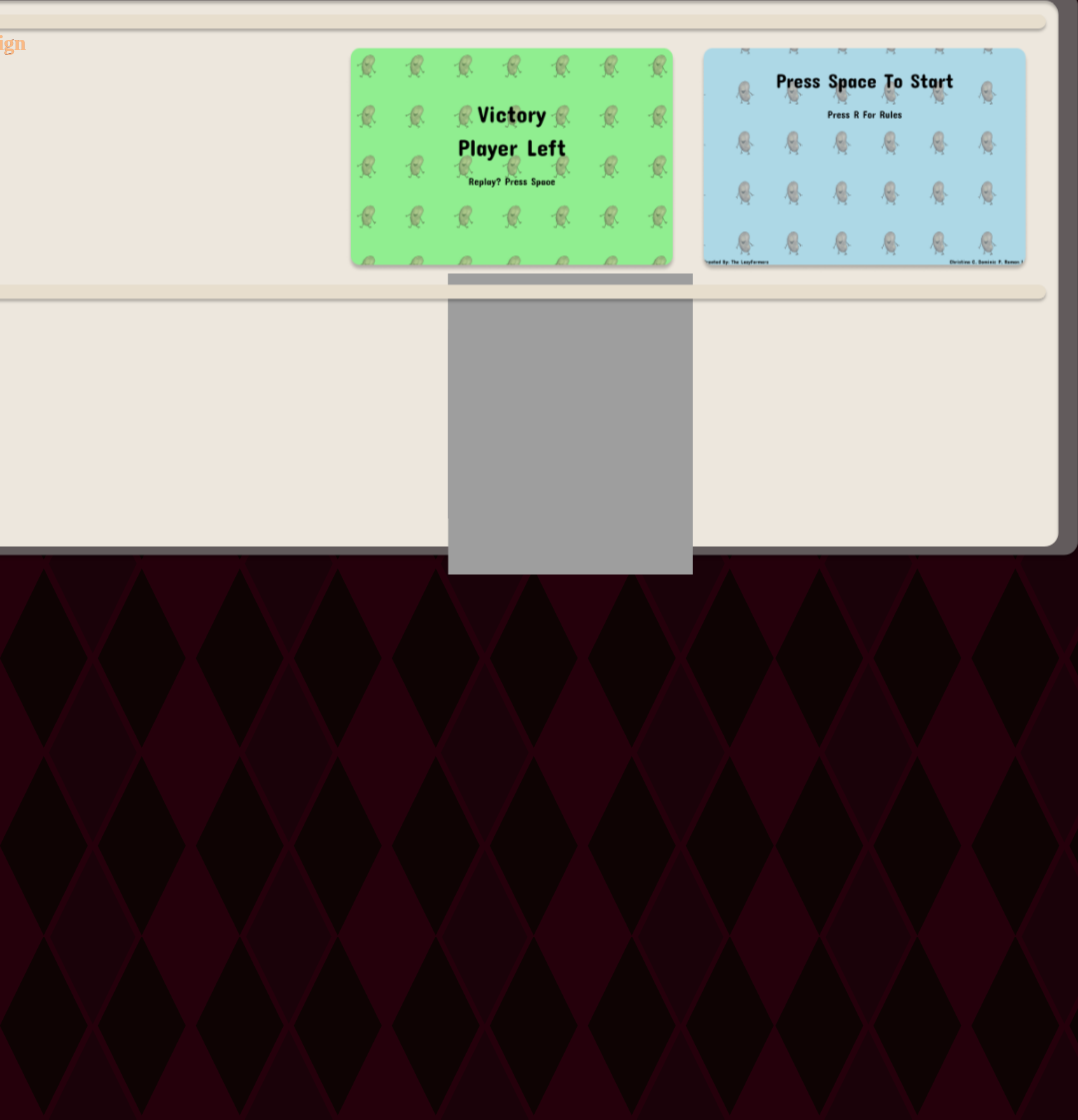
Repository: EMP-ChristinaC/Portfolio
Page: projects/potato-shuffle/potato.html
These files come from the project's save history. The page is drawn as it stood at one moment and after a run of saves; the edit follows.
The browser window is 1280 px wide. The page is 1540 px wide, so the pictures cover 1540 px, including what lies to the right of the window. The pictures show the part of the page from y = 1859 to 3459 px (the page is 4978 px tall), at 70% of full size.
Pictures or frames that could not be fetched are drawn as grey boxes. Some web fonts or font styles are not loaded; a fallback is used.

Above is the page before, as saved 2024-12-09 13:38:09.

After the next 2 saves:
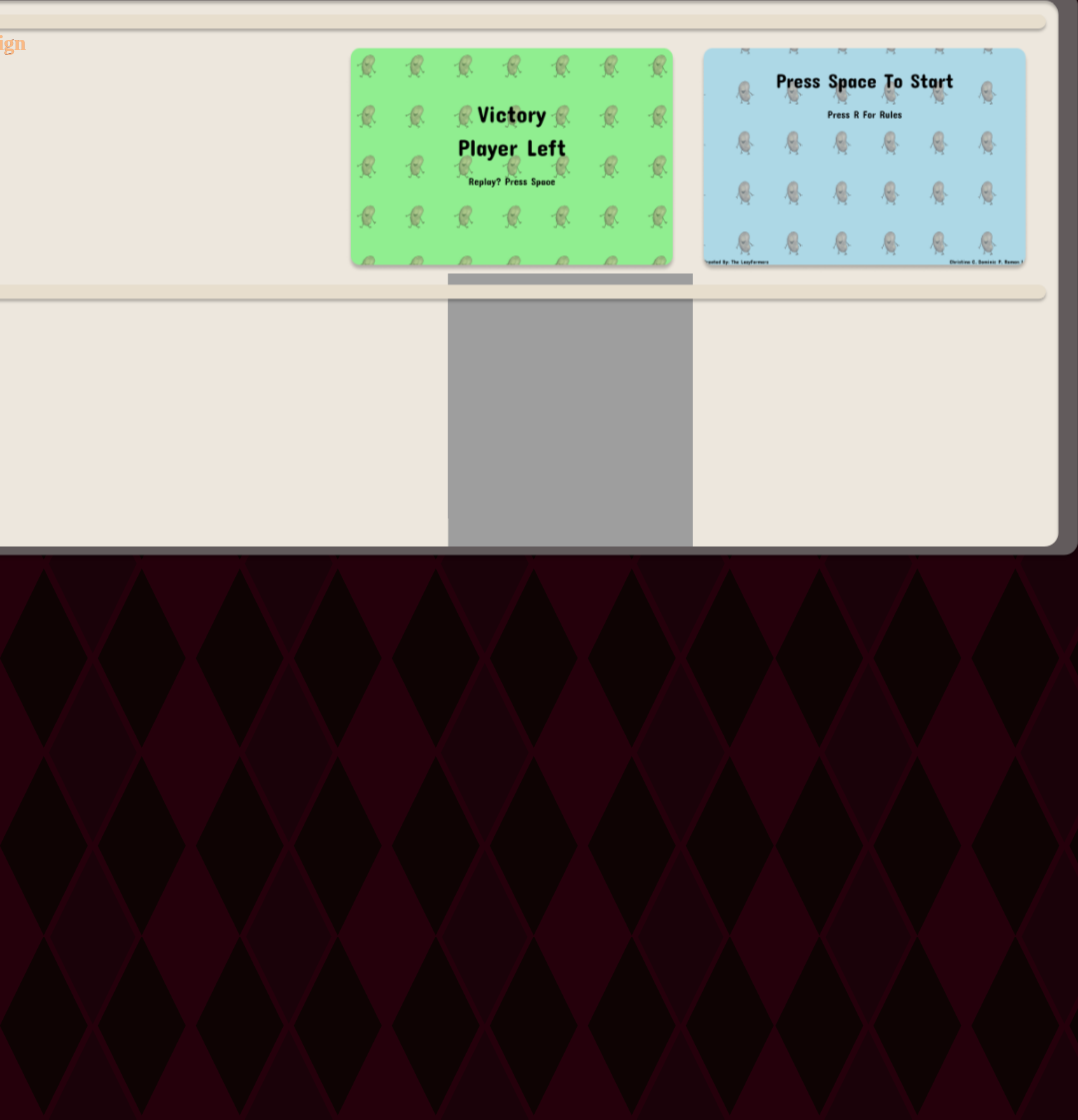
The 2 saves are shown as one change because they came seconds apart.
The last was saved 54 s later.
--- a/projects/potato-shuffle/potato.css
+++ b/projects/potato-shuffle/potato.css
@@ -519,7 +519,7 @@ footer.section p {
     width: 350px;
     height: 350px;
     position: absolute;
-    top: 60%;
+    top: 55%;
     left: 50%;
     /* transform: translate(-50%, 370%); */
 }
